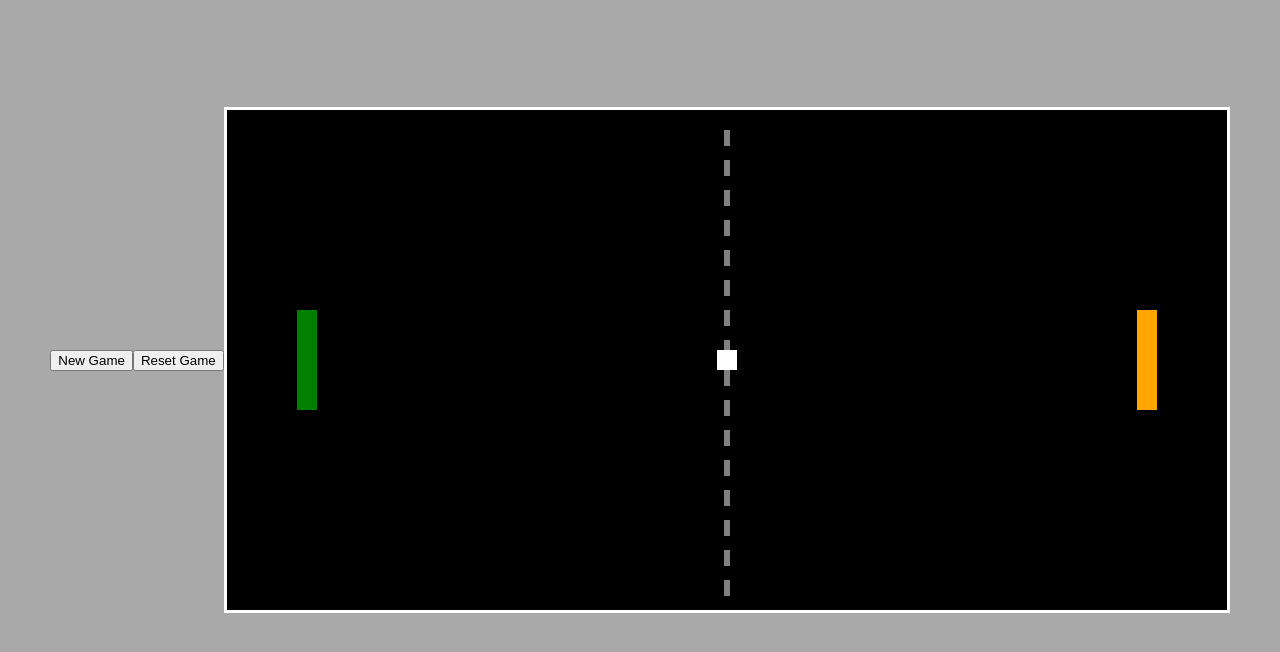
Repository: Dawid-Krasik/Ping-Pong.JS
Page: index.html
An editor plug-in stored every save of this project. The page is shown before and after the next save, followed by the edit.
The browser window is 1280 px wide. The pictures show the whole page.

Above is the page before, as saved 2019-09-29 21:26:46.

### index.html
<!DOCTYPE html>
<html lang="en">
<head>
    <meta charset="UTF-8">
    <meta name="viewport" content="width=device-width, initial-scale=1.0">
    <meta http-equiv="X-UA-Compatible" content="ie=edge">
    <script src="script.js" async></script>
    <link rel="stylesheet" type="text/css" href="style.css">
    <title>Game</title>
</head>
<body>
<button id="newGameButton">New Game</button>
<button id="playAgainButton">Reset Game</button>
    <canvas>

    </canvas>

</body>
</html>

### script.js
/*
 * Pong Game
 *
 * made By Dawid .K
 *
 *
 */


// DOM documents and claim Varibles
const canvas = document.querySelector("canvas"),
      ctx = canvas.getContext("2d");
let newGameB = document.getElementById("newGameButton"),
    playAgainB = document.getElementById("playAgainButton");

    canvas.width = 1000;
    canvas.height = 500;

    // All Varibles

const cw = canvas.width;
const ch = canvas.height;

const ballSize = 20;
let ballX = cw / 2 - ballSize / 2
let ballY = ch / 2 - ballSize / 2

const paddleWidth = 20;
const paddleHieght = 100;

const playerX = 70;
const aiX = 910;

let playerY = 200;
let aiY = 200;

const lineWidth = 6;
const lineHeight = 16;

let ballSpeedX = 0;
let ballSpeedY = 0;

let playerPoints = 0;
let aiPoints = 0;

// Cumming Next

let gameStarted = false;
let gameOver = false;
let playerWon = false;
var sound = new Audio("sound.mp3");
sound.loop = true;
sound.autoplay = false;
sound.volume = 0.1;

//buttons
// link do strony z kodami do muzyki https://goldfirestudios.com/blog/104/howler.js-Modern-Web-Audio-Javascript-Library


newGameB.addEventListener('click', function () {

    gameStarted = false;
    gameOver = false;
    playerWon = false;
    ballSpeedX = -1;
    ballSpeedY = 1;

}), function () { sound.play(); };

playAgainB.addEventListener('click', function () {
    endGame()

}), function () { sound.pause(); };


                    /* Functions self descripting Name*/


//player paddel
function player() {
    ctx.fillStyle = 'green';
    ctx.fillRect(playerX, playerY, paddleWidth, paddleHieght);
}

// ai padeln
function ai() {
    ctx.fillStyle = 'orange';
    ctx.fillRect(aiX, aiY, paddleWidth, paddleHieght);
}

// Ball parameters
function ball(){
    ctx.fillStyle = 'white';
    ctx.fillRect(ballX, ballY, ballSize, ballSize);

    //adding movement into the ball
    ballX = ballX + ballSpeedX;
    ballY = ballY + ballSpeedY;

        // setting movement in to the ball top or bottom
        if (ballY <= 0 || ballY + ballSize >= ch ){
          ballSpeedY = -ballSpeedY;
          speedUp()
        }
        // Right and Left
        if (ballX <= 0 || ballX + ballSize >= cw) {
            ballSpeedX = -ballSpeedX;
            speedUp()
        }
}

// fuction discribe table
function table(){
    ctx.fillStyle = 'black';
    ctx.fillRect(0,0, cw, ch);

        // stetting the table to half
        for (let linePosition = 20; linePosition < ch; linePosition +=30){
            ctx.fillStyle = 'gray'
            ctx.fillRect(cw / 2 - lineWidth / 2 , linePosition,
                         lineWidth, lineHeight)
        }
}

//offset  space
topCanvas = canvas.offsetTop;
console.log(topCanvas)

// Function leting mouse control the paddle
function playerPosition (e){

   // console.log("Mouse Position", + (e.clientY - topCanvas));
    playerY = e.clientY - topCanvas - paddleHieght / 2;

    // if paddleHieght hit bottom
    // the position is set to 400 and paddel do
    // not crose the table any more
    if (playerY >= ch - paddleHieght ){
        playerY = ch - paddleHieght;
    }
        // {if} the paddel dont crose top border
        if (playerY <= 0){
            playerY = 0;
        }
}

// setting up speed after hiting borders X and Y
function speedUp(){

   // Speeding up X
    if (ballSpeedX > 0 && ballSpeedX < 16){
        ballSpeedX += 0.2;
    }
    else if (ballSpeedX < 0 && ballSpeedX > -16){
        ballSpeedX -= 0.5;
    }
    // Speeding up Y
    if (ballSpeedY > 0 && ballSpeedY < 16) {
        ballSpeedY += 0.5;
    }
    else if (ballSpeedY < 0 && ballSpeedY > -16) {
        ballSpeedY -= 0.5;
    }
}

// AI Movement function
function aiPosition(){

    const middlePaddel = aiY + paddleHieght / 2;
    const middleBall = ballY + ballSize / 2;

    if (ballX > 500){
        if (middlePaddel - middleBall > 200){
            aiY -= 15
        }
        else if (middlePaddel - middleBall > 50){
            aiY -= 10
        }
            if (middlePaddel - middleBall < -200){
                aiY += 15
            }
            else if (middlePaddel - middleBall < -50){
                aiY += 10
            }
    }
    else if (ballX <= 500 && ballX > 150){
        if (middlePaddel - middleBall > 100){
            aiY -= 5
        }
        else if (middlePaddel - middleBall < -100){
            aiY += 5
        }
    }
}

// funciont adding score
function score (){

    if (ballX <= 20 && aiPoints < 3) {
        aiPoints += 1;
        ballX = cw / 2 - ballSize / 2
        console.log(aiPoints + " " + "Punkty AI ");
        ballSpeedX = 5;
        ballSpeedY = -5;
    }

    if (ballX >= 965 && playerPoints < 3) {
        playerPoints += 1;
        ballX = cw / 2 - ballSize / 2
        console.log(playerPoints + " " + "Punkty gracza");
        ballSpeedX = -5;
        ballSpeedY =  5;
    }
}

// funcion reseting the game
function endGame (){

    ballX = cw / 2 - ballSize / 2
    ballY = ch / 2 - ballSize / 2
    ballSpeedX = 0;
    ballSpeedY = 0;
    playerPoints = 0;
    aiPoints = 0;
    newGameButton.style.display = 'inline';
}

// funcion ending the game affter some 1 get 10 score
     function checkForEnd(){
        if (playerPoints >= 3){
        console.log ("Player Won");
        endGame()
         }

        if (aiPoints >= 3) {
        console.log("Computer Won");
        endGame()
        }
}

// function that check the pozition of the paddle and ball interact with them and return in oposit direction
 function testH(){
     // player Paddle
     if (ballX <= playerX + paddleWidth &&
         ballY >= playerY -20 &&
         ballY <= playerY + paddleHieght ||
         ballX >= cw)
         ballSpeedX = -ballSpeedX;
    //Ai Paddle
    if (ballX >= aiX - paddleWidth &&
         ballY >= aiY - 20 &&
         ballY <= aiY + paddleHieght ||
         ballX >= cw)
         ballSpeedX = -ballSpeedX;
 }




canvas.addEventListener("mousemove", playerPosition)

function game (){
table()
ball()
player()
ai()
aiPosition()
score()
checkForEnd()
testH()
}

setInterval(game,1000 / 60)

            /*

        Pland to do lista :
    -dodać dzwiek do gry
    -dodać dzwiek do odbijania piłeczki
    -dodać okno z punktami
    -dodać poziomy trudności
    -zoptymalizować przyciski


            */

### style.css
body {
    margin:0;
    padding: 0;
    display:flex;
    align-items: center;
    justify-content: center;
    height: 100vh;
    background-color: darkgray;

}
canvas{
   border: 3px solid white;
  /*  */
}

After the next save:
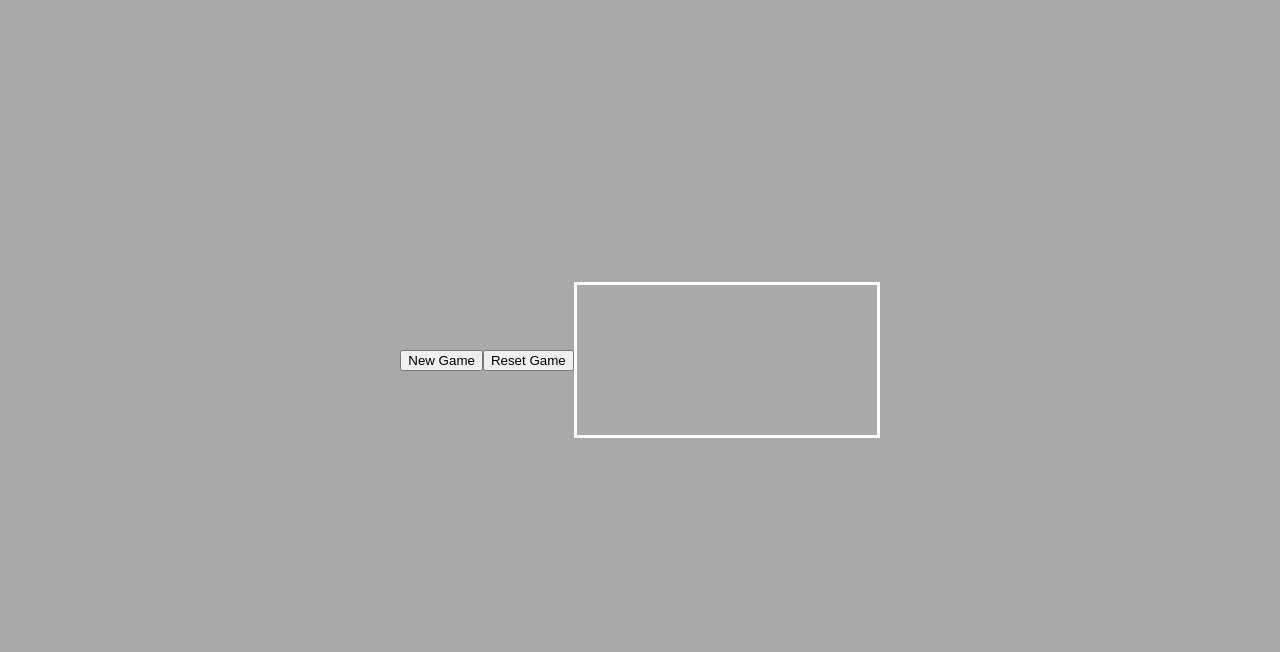
Console error: SyntaxError: Function statements require a function name
Saved 113 s later.
--- a/script.js
+++ b/script.js
@@ -55,7 +55,8 @@
 
 //buttons
 // link do strony z kodami do muzyki https://goldfirestudios.com/blog/104/howler.js-Modern-Web-Audio-Javascript-Library
-
+function () { sound.play(); };
+function () { sound.play(); };
 
 newGameB.addEventListener('click', function () {
 
@@ -65,12 +66,12 @@
     ballSpeedX = -1;
     ballSpeedY = 1;
 
-}), function () { sound.play(); };
+});
 
 playAgainB.addEventListener('click', function () {
     endGame()
 
-}), function () { sound.pause(); };
+});
 
 
                     /* Functions self descripting Name*/

After the save that followed:
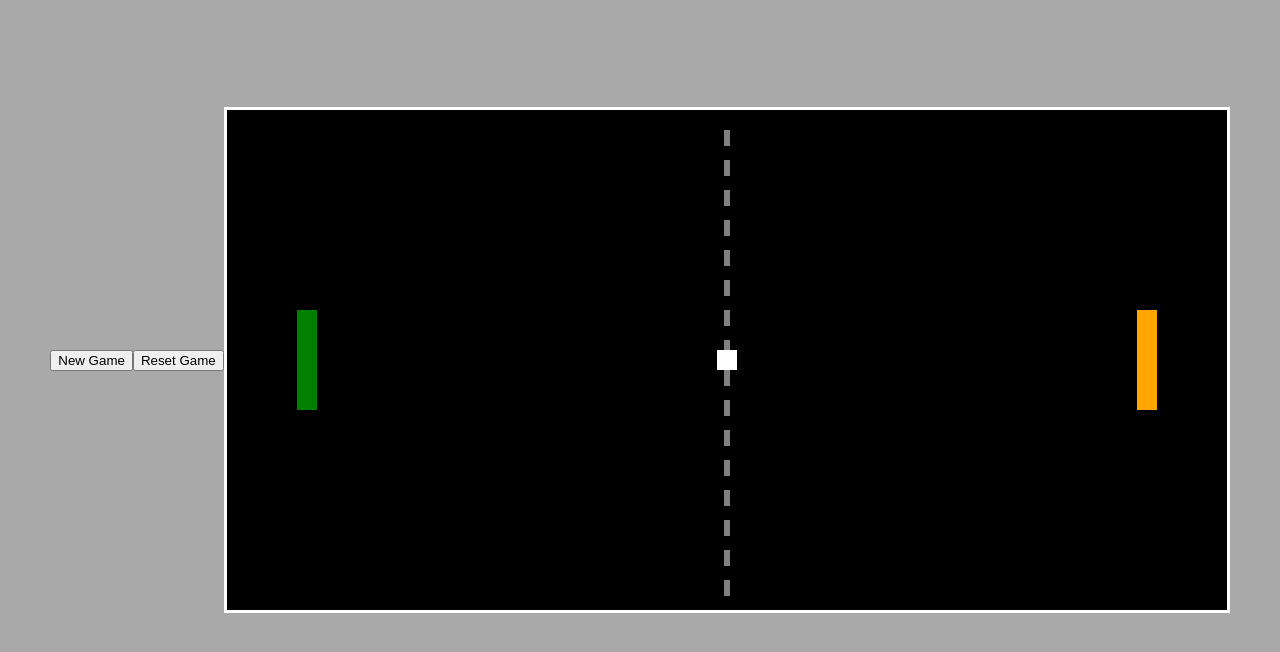
The error is gone.
Saved 55 s later.
--- a/script.js
+++ b/script.js
@@ -55,11 +55,11 @@
 
 //buttons
 // link do strony z kodami do muzyki https://goldfirestudios.com/blog/104/howler.js-Modern-Web-Audio-Javascript-Library
-function () { sound.play(); };
-function () { sound.play(); };
+function playM () { sound.play(); };
+function pauseM () { sound.pause(); };
 
 newGameB.addEventListener('click', function () {
-
+    playM()
     gameStarted = false;
     gameOver = false;
     playerWon = false;
@@ -70,7 +70,7 @@
 
 playAgainB.addEventListener('click', function () {
     endGame()
-
+    pauseM()
 });
 
 
